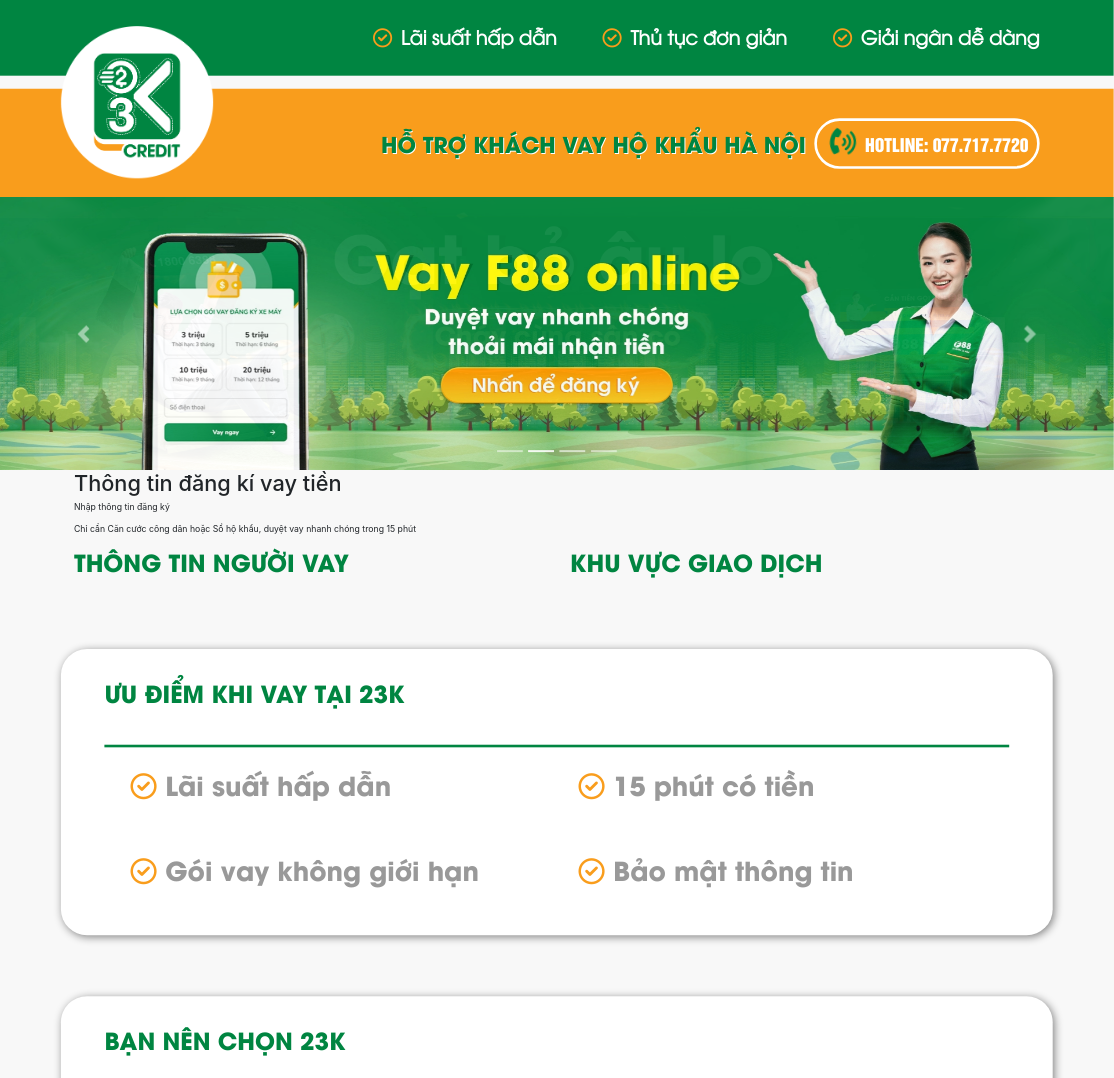
Repository: anhtu2110/23k.vn
Page: theme/index.html
An editor plug-in stored every save of this project. The page is shown before and after the next save, followed by the edit.
The browser window is 1280 px wide. The pictures show the part of the page from y = 0 to 1239 px (the page is 2080 px tall before and 2120 px after), at 87% of full size.
A picture or video elsewhere on the page could not be fetched, so the positions and the page height are approximate.

Above is the page before, as saved 2022-12-29 23:14:56.

### theme/index.html
<!DOCTYPE html>
<html lang="en">

<head>
    <meta charset="UTF-8">
    <meta http-equiv="X-UA-Compatible" content="IE=edge">
    <meta name="viewport" content="width=device-width, initial-scale=1.0">
    <link rel="icon" type="image/x-icon" href="./public/images/footer_logo.png">
    <link rel="stylesheet" href="public/css/bootstrap/bootstrap-theme.css" type="text/css" />
    <link rel="stylesheet" href="public/css/bootstrap/bootstrap.css" type="text/css" />
    <link rel="stylesheet" href="public/reset.css" type="text/css" />
    <link rel="stylesheet" href="public/css/font-awesome/css/font-awesome.min.css">
    <link rel="stylesheet" href="https://cdnjs.cloudflare.com/ajax/libs/font-awesome/6.2.1/css/all.min.css">
    <link rel="stylesheet" href="public/style.css" type="text/css" />
    <link rel="stylesheet" href="public/responsive.css" type="text/css" />
    <title>23K</title>

    <script src="public/js/jquery-3.6.1.min.js"></script>
    <script src="public/js/bootstrap/bootstrap.min.js"></script>
    <script src="public/js/main.js"></script>
</head>

<body>
    <!-- test  -->
    <div id="wrapper">
        <div id="header">
            <div class="header-top">
                <div class="container">
                    <div class="logo">
                        <a href="" class="logo">
                            <img src="./public/images/LOGO.png" alt="">
                        </a>
                    </div>
                    <ul class="benefit">
                        <li class="benefit-item">Lãi suất hấp dẫn</li>
                        <li class="benefit-item">Thủ tục đơn giản </li>
                        <li class="benefit-item">Giải ngân dễ dàng</li>
                    </ul>
                </div>
            </div>
            <div class="header-bottom">
                <div class="container">
                    <span class="content text-uppercase">Hỗ trợ khách vay hộ khẩu hà nội</span>
                    <a href="tel:0777177720" class="hotline text-decoration-none">
                        <span class="icon-phone"><i class="fa-solid fa-phone-volume animation-phone"></i></span>
                        <span>Hotline: 077.717.7720</span>
                    </a>
                </div>
            </div>
        </div>
        <!-- END HEADER  -->
        <style>
            #banner img {
                max-width: 100%;
                height: auto;
            }
        </style>
        <div id="wp-content">
            <section class="home-banner">
                <div id="banner" class="banner carousel slide carousel-fade" data-ride="carousel">
                    <ol class="carousel-indicators">
                        <li data-target="#banner" class="active" data-slide-to="0"></li>
                        <li data-target="#banner" data-slide-to="1"></li>
                        <li data-target="#banner" data-slide-to="2"></li>
                        <li data-target="#banner" data-slide-to="3"></li>
                    </ol>
                    <div class="carousel-inner">
                        <div class="carousel-item active" data-interval="2500">
                            <a href="">
                                <img class="desktop" src="./public/images/20220511164418256-1920 x 470.jpg" alt="">
                            </a>
                        </div>
                        <div class="carousel-item" data-interval="2500">
                            <a href="">
                                <img class="desktop" src="./public/images/20221012100205330-f88 vay tiền destop.png"
                                    alt="">
                            </a>
                        </div>
                        <div class="carousel-item" data-interval="2500">
                            <a href="">
                                <img class="desktop"
                                    src="./public/images/20221118174037871-destop wc vay tiền tại f88.jpg" alt="">
                            </a>
                        </div>
                        <div class="carousel-item" data-interval="2500">
                            <a href="">
                                <img class="desktop" src="./public/images/slider_4.jpg" alt="">
                            </a>
                        </div>
                    </div>
                    <a href="#banner" class="carousel-control-prev" data-slide="prev">
                        <span class="carousel-control-prev-icon"></span>
                    </a>
                    <a href="#banner" class="carousel-control-next" data-slide="next">
                        <span class="carousel-control-next-icon"></span>
                    </a>
                </div>
            </section>
            <!-- END HOME-BANNER  -->
            <div id="wp-info-reg">
                <div class="container">
                    <h1>Thông tin đăng kí vay tiền</h1>
                    <div id="wp-form-reg">
                        <div class="form-reg-title">
                            <p>Nhập thông tin đăng ký</p>
                            <p class="condition-reg">Chỉ cần Căn cước công dân hoặc Sổ hộ khẩu, duyệt vay nhanh chóng
                                trong <span>15 phút</span></p>
                        </div>
                        <div class="form-reg-content">
                            <form action="" method="post">
                                <div class="row">
                                    <div id="info-customer" class="col-md-6">
                                        <p class="title">Thông tin người vay</p>
                                    </div>
                                    <div id="trading-ara" class="col-md-6">
                                        <p class="title">Khu vực giao dịch</p>
                                    </div>
                                </div>
                            </form>
                        </div>
                    </div>
                </div>
            </div>
            <!-- END WP-info-REG  -->
            <div id="advantages" class="container box">
                <div class="head-box">
                    <div class="row">
                        <div class="col-md-12">
                            <p class="title">Ưu điểm khi vay tại 23k</p>
                        </div>
                    </div>
                </div>
                <div class="list-advantage">
                    <div class="row justify-content-center">
                        <div class="col-md-6 col-12">
                            <p class="advantage">Lãi suất hấp dẫn</p>
                        </div>
                        <div class="col-md-6 col-12">
                            <p class="advantage">15 phút có tiền</p>
                        </div>
                        <div class="col-md-6 col-12">
                            <p class="advantage">Gói vay không giới hạn</p>
                        </div>
                        <div class="col-md-6 col-12">
                            <p class="advantage">Bảo mật thông tin</p>
                        </div>
                    </div>
                </div>
            </div>
            <!-- END ADVANTAGES  -->
            <div id="should-choose" class="container box">
                <div class="head-box">
                    <div class="row">
                        <div class="col-md-12">
                            <p class="title">Bạn nên chọn 23k</p>
                        </div>
                    </div>
                </div>
                <ul class="list-reason">
                    <li class="reason-item">
                        <a href=""><img src="./public/images/thu_tuc.png" alt=""></a>
                        <p>Thủ tục đơn giản chỉ cần CCCD & sổ hộ khẩu Hà Nội</p>
                    </li>
                    <li class="reason-item">
                        <a href=""><img src="./public/images/tham_dinh.png" alt=""></a>
                        <p>
                            Thẩm định nhanh chóng linh hoạt
                        </p>
                    </li>
                    <li class="reason-item">
                        <a href=""><img src="./public/images//lai_suat.png" alt=""></a>
                        <p>Lãi suất ưu đãi nhất Hà Nội</p>
                    </li>
                    <li class="reason-item">
                        <a href=""><img src="./public/images/tu_van.png" alt=""></a>
                        <p>Đăng ký tư vấn online dễ dàng</p>
                    </li>
                    <li class="reason-item">
                        <a href=""><img src="./public/images/bao_mat.png" alt=""></a>
                        <p>Bảo mật thông tin khách hàng</p>
                    </li>
                </ul>
            </div>
        </div>
        <!-- END SHOULD-CHOOSE  -->
        <!-- END WP-CONTENT  -->
        <div id="footer">
            <div id="footer-top">
                <div class="container">
                    <div class="row">
                        <div class="footer-top-content col-12">
                            <span class="footer-thank">Trân trọng cảm ơn quý khách !</span>
                            <a href="tel:0777177720" class="hotline text-decoration-none">
                                <span class="icon-phone"><i class="fa-solid fa-phone-volume animation-phone"></i></span>
                                <span>Hotline: 077.717.7720</span>
                            </a>
                        </div>
                    </div>
                </div>
            </div>
            <!-- END FOOTER-TOP  -->
            <div id="footer-bottom">
                <div class="container">
                    <div class="row">
                        <div class="footer-logo col-md-2">
                            <a href="" class="logo">
                                <img src="./public/images/footer_logo.png" alt="">
                            </a>
                        </div>
                        <div class="footer-info-contact col-md-8">
                            <div class="wp-info-contact">
                                <p>Thông tin liên hệ</p>
                                <ul class="list-info-contact">
                                    <li class="info-contact-item"><a href=""><i class="fa-solid fa-location-dot"></i>252
                                            Đ.
                                            Lạc Long
                                            Quân, Bưởi, Cầu Giấy, Hà Nội, Việt Nam</a></li>
                                    <li class="info-contact-item"><a href=""><i class="fa-solid fa-phone"></i>HOTLINE:
                                            0777.170.720</a></li>
                                    <li class="info-contact-item"><a href=""><i
                                                class="fa-brands fa-square-facebook"></i>www.facebook.com/groups/taichinh23k</a>
                                    </li>
                                </ul>
                            </div>
                        </div>
                    </div>
                </div>
            </div>
            <!-- END FOOTER-BOTTOM  -->
        </div>
        <!-- END FOOTER  -->
    </div>
</body>

</html>

### theme/public/style.css
@import '../public/css/import/fonts.css';
@import '../public/css/import/global.css';
@import '../public/css/import/header.css';
@import '../public/css/import/footer.css';
@import '../public/css/import/register.css';

### theme/public/responsive.css
@media (max-width: 1199px) {
    html {
        font-size: 5.333px;
        /* font-size: 8px; */
    }
}

@media (max-width: 767px) {
    html {
        font-size: 10px;
    }
}

### theme/public/css/import/fonts.css
@font-face {
    font-family: 'Leelawadee UI Bold';
    src: url('../../font/leelawdb.ttf');
}

@font-face {
    font-family: 'Montserrat-SemiBold';
    src: url('../../font/Montserrat-SemiBold.ttf');
}

@font-face {
    font-family: 'UTM Avo';
    src: url('../../font/UTM\ Avo.ttf');
}

@font-face {
    font-family: 'UTM AvoBold_Italic';
    src: url('../../font/UTM\ AvoBold_Italic.ttf');
}

@font-face {
    font-family: 'UTM AvoBold';
    src: url('../../font/UTM\ AvoBold.ttf');
}

@font-face {
    font-family: 'UTM AvoItalic';
    src: url('../../font/UTM\ AvoItalic.ttf');
}

@font-face {
    font-family: 'UTM HelvetIns';
    src: url('../../font/UTM\ HelvetIns.ttf');
}

### theme/public/css/import/global.css
:root {
    --bg-page: #F8F8F8;
    --bg-green: #008541;
    --bg-white: #FFFFFF;
    --bg-orange: #F99D1C;
    --bg-gray: #666666;
}

a {
    text-decoration: none !important;
}

ul {
    padding: 0;
    margin: 0;
}

html {
    font-size: 62.5%;
}

body {
    background-color: var(--bg-page);
}

.head-box {
    padding-bottom: 3rem;
    padding-top: 1rem;
    border-bottom: 3px solid var(--bg-green);
}

p.title {
    font-size: 2.7rem;
    font-family: 'UTM AvoBold';
    color: var(--bg-green);
    text-transform: uppercase;
}

.box {
    background-color: var(--bg-white);
    padding: 2rem 5rem;
    box-shadow: 2px 2px 10px gray;
    border-radius: 3rem;
    z-index: 1;
}

a.hotline {
    display: inline-block;
    font-size: 2rem;
    font-family: 'UTM HelvetIns';
    text-transform: uppercase;
    color: var(--bg-white);
    padding: 1rem 1rem;
    border: 0.3rem solid var(--bg-white);
    border-radius: 100rem;
    margin-left: 1rem;
    overflow: hidden;
}

a.hotline span.icon-phone i {
    font-size: 3rem;
    color: var(--bg-green);
    padding-inline: 0.5rem;
}

.animation-phone {
    animation-name: trin;
    animation-duration: 1.5s;
    animation-iteration-count: infinite;
    animation-timing-function: linear;
}

@keyframes trin {

    from {
        transform: rotate3d(0, 0, 1, 0deg);
    }

    20%,
    32%,
    44%,
    56%,
    68% {
        transform: rotate3d(0, 0, 1, 0deg);
    }

    23%,
    35%,
    47%,
    59%,
    71% {
        transform: rotate3d(0, 0, 1, 15deg);
    }

    26%,
    38%,
    50%,
    62%,
    74% {
        transform: rotate3d(0, 0, 1, 0deg);
    }

    29%,
    41%,
    53%,
    65%,
    77% {
        transform: rotate3d(0, 0, 1, -15deg);
    }

    80% {
        transform: rotate3d(0, 0, 1, 0deg);
    }

}

### theme/public/css/import/header.css
.header-top {
    background-color: var(--bg-green);
    margin-bottom: 1.5rem;
}

.header-top .container {
    position: relative;
    display: flex;
    justify-content: flex-end;
}

#header .logo {
    position: absolute;
    top: 1.5rem;
    left: 0;
    border-radius: 10rem;
}

#header .logo a.logo img {
    width: 17.5rem;
    height: auto;
}

ul.benefit li.benefit-item {
    display: inline-block;
    font-size: 2.2rem;
    color: red;
    font-family: 'UTM Avo';
    font-weight: 600;
    color: var(--bg-white);
    padding: 2.6rem 2rem;
}

ul.benefit li.benefit-item:last-child {
    padding-right: 0;
}

ul.benefit li.benefit-item::before {
    display: inline-block;
    content: '\f058';
    font-family: "Font Awesome 6 Free";
    -webkit-font-smoothing: antialiased;
    font-weight: normal;
    color: #F99D1C;
    padding-inline: 1rem;
}

/* ul.benefit li.benefit-item i {
    display: inline-block;
    padding-inline: 1rem;
    color: #F99D1C;
} */

/* END HEADER TOP  */
.header-bottom {
    height: 12.5rem;
    background-color: var(--bg-orange);
    display: flex;
    align-items: center;
}

.header-bottom .container {
    display: flex;
    align-items: center;
    /* justify-content: end; */
    justify-content: right;
}

.header-bottom .content {
    font-size: 2.5rem;
    font-family: 'UTM AvoBold';
    color: var(--bg-green);
    text-shadow: 1px 1px var(--bg-white);
    /* flex-basis: 50%; */
    width: fit-content;
}

### theme/public/css/import/footer.css
#footer #footer-top {
    background-color: var(--bg-green);
    padding-block: 3rem;
}

#footer #footer-top .footer-top-content {
    display: flex;
    justify-content: space-between;
}

#footer #footer-top .footer-top-content span.footer-thank {
    font-size: 3.8rem;
    color: var(--bg-white);
    font-family: 'UTM AvoBold';
    text-transform: uppercase;
    margin-left: -1.5rem;
}

#footer #footer-top .footer-top-content a.hotline {
    /* border: none; */
    background-color: var(--bg-orange);
    margin-right: -1.5rem;
}

/* END FOOTER-TOP  */
#footer #footer-bottom .footer-logo a.logo img {
    display: block;
    max-width: 18rem;
    height: auto;
}

#footer #footer-bottom {
    padding-block: 4rem;
}

#footer #footer-bottom a.logo {
    display: block;
    width: 100%;
}

#footer #footer-bottom a.logo img {
    width: 100%;
    height: auto;
}

.footer-info-contact {
    font-size: 2.6rem;
    color: var(--bg-gray);
}

.footer-info-contact .wp-info-contact {
    width: fit-content;
}

.footer-info-contact p {
    padding-block: 1rem;
    border-bottom: 0.2rem solid var(--bg-green);
}

ul.list-info-contact {
    list-style: none;
    padding: 0;
    margin: 0;
}

ul.list-info-contact li a {
    color: var(--bg-gray);
}

ul.list-info-contact i {
    display: inline-block;
    width: 3rem;
    height: auto;
}

### theme/public/css/import/register.css
#wp-content {
    margin-bottom: 8rem;
}

#advantages {
    margin-block: 7rem;
}

#advantages .list-advantage {
    margin-inline: 2rem;
}

#advantages p.advantage {
    font-size: 3rem;
    color: #999999;
    font-family: 'UTM AvoBold';
    padding-block: 2rem;
}

#advantages p.advantage::before {
    display: inline-block;
    content: '\f058';
    font-family: "Font Awesome 6 Free";
    -webkit-font-smoothing: antialiased;
    font-weight: normal;
    color: var(--bg-orange);
    padding-inline: 1rem;
}

/* END ADVANTAGE  */
#should-choose ul.list-reason {
    list-style: none;
    padding: 0;
    margin: 0;
    display: flex;
    align-items: center;
    text-align: center;
}

#should-choose ul.list-reason li.reason-item {
    flex-basis: 20%;
    padding: 2rem;
}

#should-choose ul.list-reason li a {
    display: block;
    width: 100%;
    height: 16rem;
}

#should-choose ul.list-reason li a img {
    display: inline-block;
    width: 15rem;
    height: auto;
}

#should-choose ul.list-reason li.reason-item p {
    font-size: 2rem;
    font-family: "UTM Avo";
    color: #808080;
}

Loaded but not shown: theme/public/css/bootstrap/bootstrap-theme.css (library); theme/public/css/bootstrap/bootstrap.css (library); theme/public/reset.css (common file); theme/public/css/font-awesome/css/font-awesome.min.css (library); theme/public/js/jquery-3.6.1.min.js (library); theme/public/js/bootstrap/bootstrap.min.js (library); theme/public/js/main.js (no copy from this time; the picture is the same without it)

After the next save:
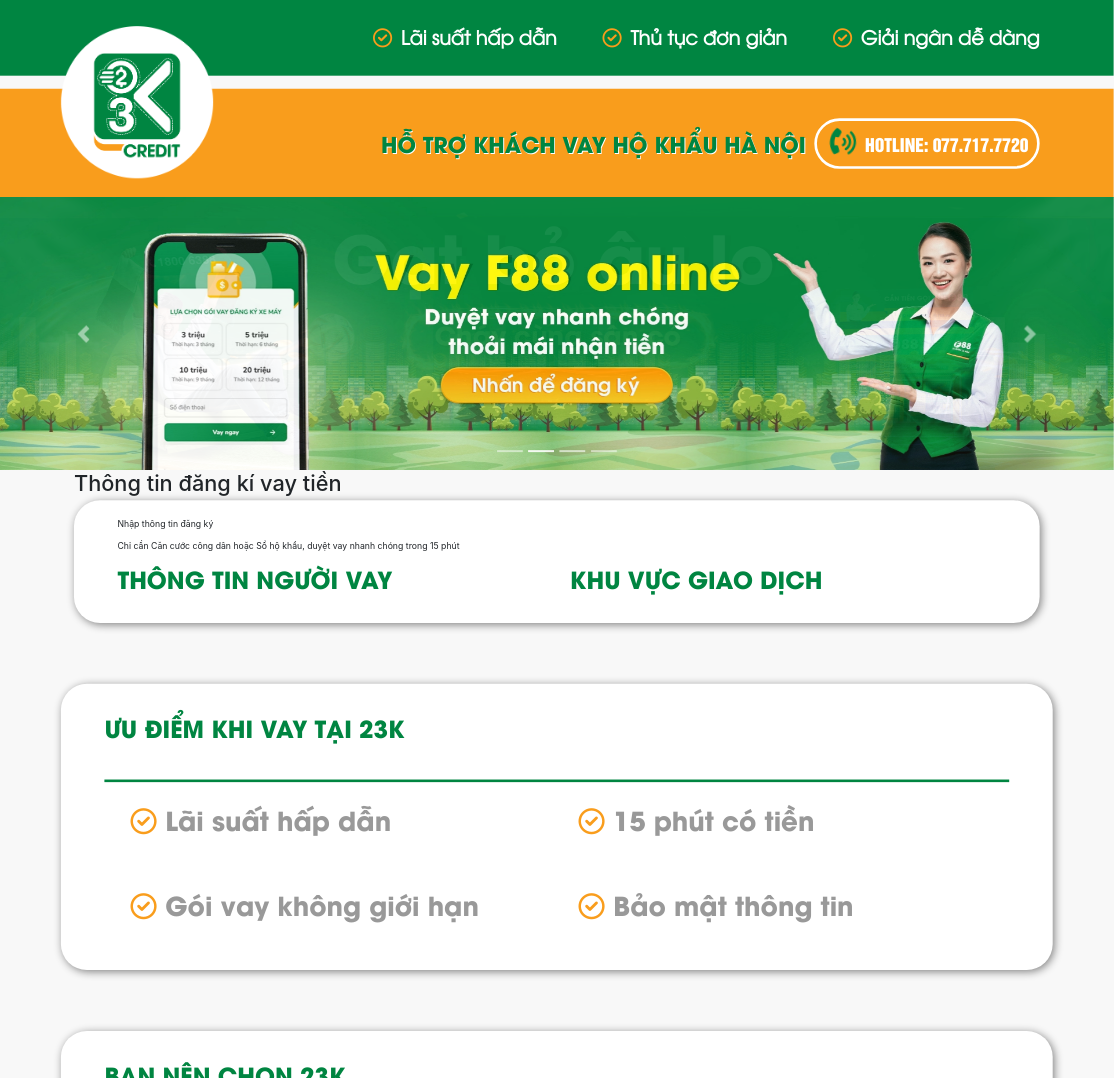
Saved 88 s later.
--- a/theme/index.html
+++ b/theme/index.html
@@ -100,7 +100,7 @@
             <div id="wp-info-reg">
                 <div class="container">
                     <h1>Thông tin đăng kí vay tiền</h1>
-                    <div id="wp-form-reg">
+                    <div id="wp-form-reg" class="box">
                         <div class="form-reg-title">
                             <p>Nhập thông tin đăng ký</p>
                             <p class="condition-reg">Chỉ cần Căn cước công dân hoặc Sổ hộ khẩu, duyệt vay nhanh chóng
